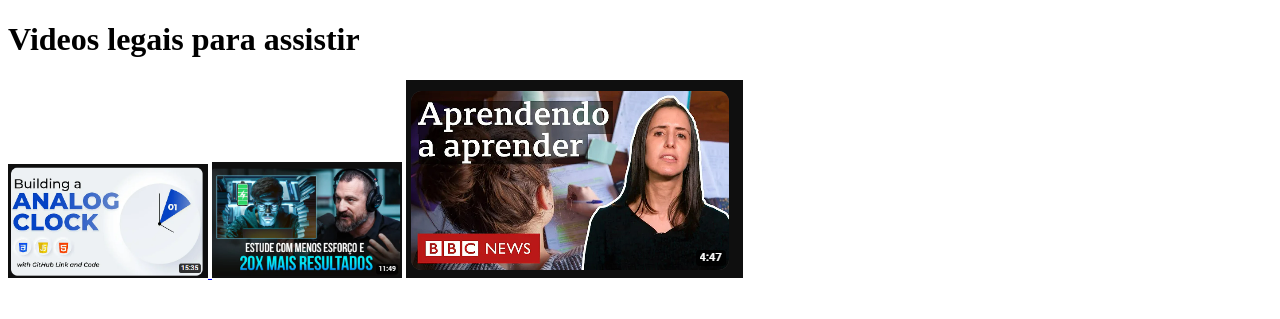
Repository: GabrielTrevisanMargrander/Html-Css
Page: Exercicios/ex012/desafio/index.html
An editor plug-in stored every save of this project. The page is shown before and after a run of saves, followed by the edit.
The browser window is 1280 px wide. The pictures show the whole page.

Above is the page before, as saved 2023-05-31 20:32:19.

### Exercicios/ex012/desafio/index.html
<!DOCTYPE html>
<html lang="pt-bt">
<head>
    <meta charset="UTF-8">
    <meta http-equiv="X-UA-Compatible" content="IE=edge">
    <meta name="viewport" content="width=device-width, initial-scale=1.0">
    <title>Meus Videos</title>
</head>
<body>

    <h1>Videos legais para assistir
    </h1>

<a href="autor.html" target="_blank"> <img src="iamgens/imagem1.png" alt="nem sei" width="200px"> </a>
<a href="ingles.html"> <img src="iamgens/imagem2.png" width="190px" alt=""></a>
<a href="passos.html"> <img src="iamgens/imagem3.png" alt=""></a>
<a href=></a>



</body>
</html>

After the next 4 saves:
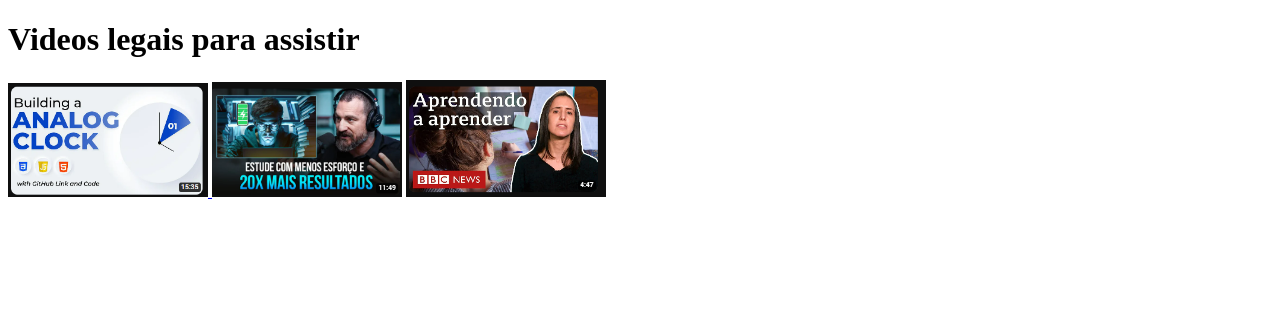
The 4 saves are shown as one change because they came seconds apart.
The last was saved 11 s later.
--- a/Exercicios/ex012/desafio/index.html
+++ b/Exercicios/ex012/desafio/index.html
@@ -13,7 +13,7 @@
 
 <a href="autor.html" target="_blank"> <img src="iamgens/imagem1.png" alt="nem sei" width="200px"> </a>
 <a href="ingles.html"> <img src="iamgens/imagem2.png" width="190px" alt=""></a>
-<a href="passos.html"> <img src="iamgens/imagem3.png" alt=""></a>
+<a href="passos.html"> <img src="iamgens/imagem3.png" width="200px" alt=""></a>
 <a href=></a>
 
 
